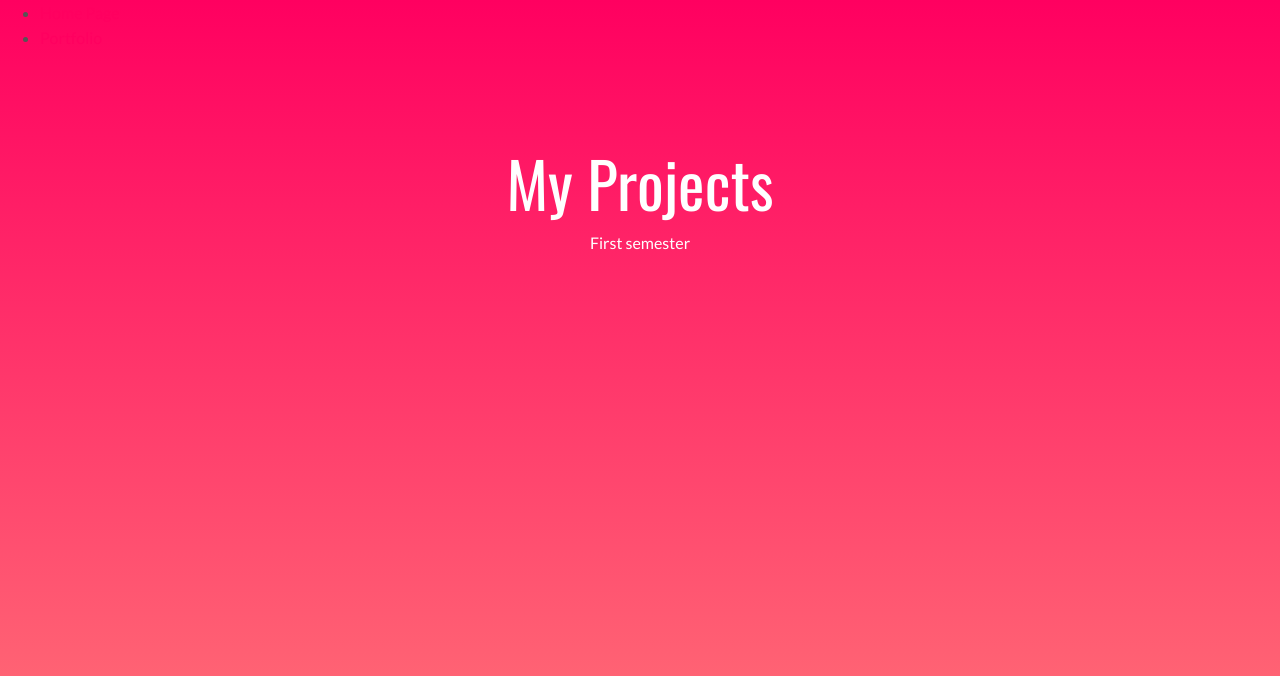
Repository: probably-nick/probably-nick.github.io
Page: portfolio.html
The author's editor kept a record of every edit. The page is drawn from the files as they stood at one moment, then again after the next edit.
The browser window is 1280 px wide. The pictures show the whole page.

Above is the page before.

### portfolio.html
<html>
    <head>
        <title> My Portfolio </title>
        <link href="./main.d8e0d294.css" rel="stylesheet"></head>
    </head>


    <body>
        <ul>
        <li><a href="index.html">Home Page</a></li>
        <li><a href="portfolio.html">Portfolio</a></li>
        </ul>

        <main class="content-wrapper">
  <header class="white-text-container section-container">
    <div class="text-center">
      <h1>My Projects</h1>
      <p>First semester</p>
    </div>
  </header>
</main>


    </body>

</html>

Loaded but not shown: main.d8e0d294.css (library)

After the next edit:
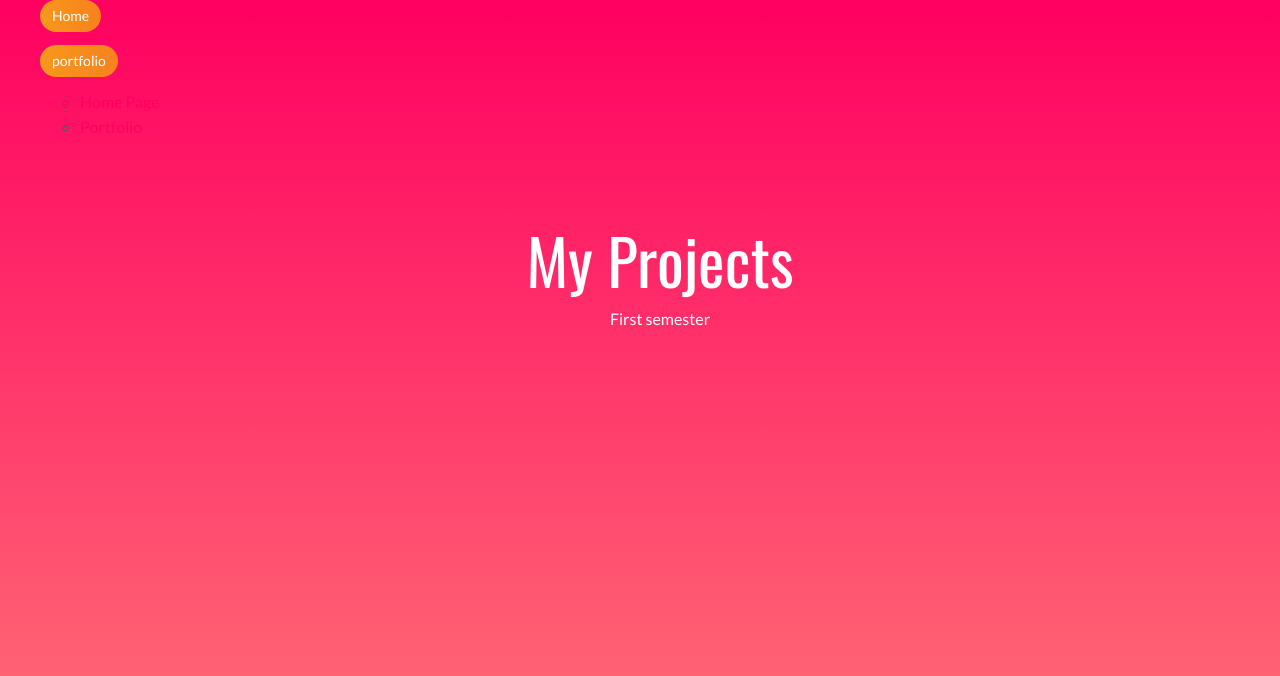
The edit:
--- a/portfolio.html
+++ b/portfolio.html
@@ -6,6 +6,10 @@
 
 
     <body>
+       <ul>
+        <p><a href="index.html" class="btn btn-info btn-sm">Home</a></p>
+        <p><a href="portfolio.html" class="btn btn-info btn-sm">portfolio</a></p>
+
         <ul>
         <li><a href="index.html">Home Page</a></li>
         <li><a href="portfolio.html">Portfolio</a></li>
